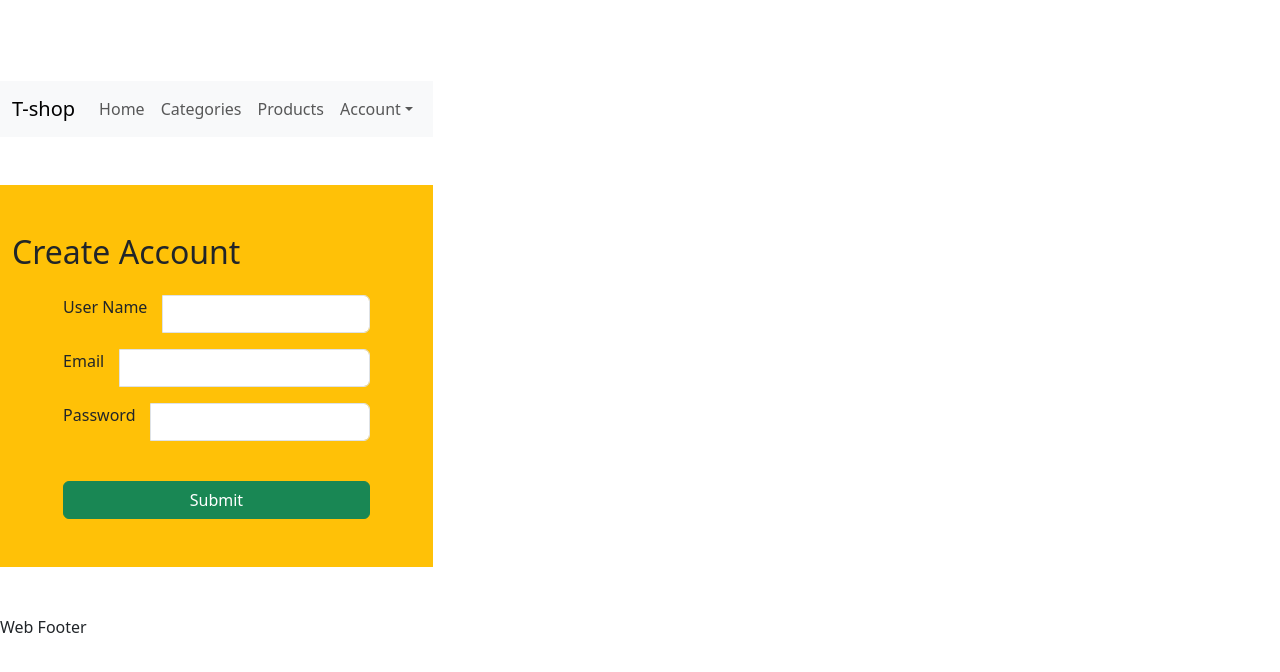
Repository: HadelAbdellatif/ecommerce1
Page: /register
The author's editor kept a copy of each file at every save. The page is drawn from the files as they stood at one save, then again after the next save.
The browser window is 1280 px wide. The pictures show the whole page.
The project was rebuilt for these pictures with package versions that can differ from the ones it lists, and the page was loaded fresh each time. Also part of the build but not shown: vite.config.js, src/components/web/home/Home.jsx, src/components/web/categories/Categories.jsx, src/components/dashboard/navbar/Navbar.jsx, src/components/dashboard/footer/Footer.jsx, src/layouts/DashboardLayout.jsx, src/components/dashboard/home/Home.jsx, src/components/dashboard/categories/Categories.jsx.

Above is the page before, as saved 2023-11-25 15:13:11.

### src/main.jsx
import React from 'react'
import ReactDOM from 'react-dom/client'

import '../node_modules/bootstrap/dist/css/bootstrap.min.css'
import '../node_modules/bootstrap/dist/js/bootstrap.bundle.min.js'

import { ToastContainer } from 'react-toastify';
import 'react-toastify/dist/ReactToastify.css';

import App from './App.jsx'
import './index.css'

ReactDOM.createRoot(document.getElementById("root")).render(
  <App />
);

### src/App.jsx
import React from 'react'
import {router} from './layouts/Routes.jsx'
import axios from 'axios'
import { ToastContainer } from 'react-toastify';
import {createBrowserRouter, RouterProvider, } from "react-router-dom";



export default function App() {
  return (
    <RouterProvider router={router} />
  )
}

### src/layouts/Routes.jsx

import {createBrowserRouter, RouterProvider, } from "react-router-dom";

import Layout from "./Layout.jsx";
import Home from "./../components/web/home/Home.jsx";
import Categories from "./../components/web/categories/Categories.jsx";
import Register from "../components/web/register/Register.jsx";

import DashboardLayout from "../layouts/DashboardLayout.jsx";
import DashboardHome from "../components/dashboard/home/Home.jsx";
import DashboardCategories from "../components/dashboard/categories/Categories.jsx";


export const router = createBrowserRouter([
    {
      path: "/",
      element: <Layout />,
      children:[
        {
          path:'home',
          element: <Home />
        },
        {
          path:'categories',
          element: <Categories />
        },
        {
          path:'register',
          element: <Register />
        },
        {
          path:'*',
          element: <h2 className='fst-italic'>page not found --- web</h2>
        }
      ]
    },
    {
      path:"/dashboard",
      element: <DashboardLayout />,
      children:[
        {
          path:'home',
          element: <DashboardHome />
        },
        {
          path:'categories',
          element: <DashboardCategories />
        },
        {
          path:'*',
          element: <h2 className='fst-italic'>page not found --- dashboard</h2>
        }
      ]
    }

  ]);

### src/layouts/Layout.jsx
import React from 'react'
import Navbar from '../components/web/navbar/Navbar'
import Footer from '../components/web/footer/Footer'
import { Outlet } from 'react-router-dom'

export default function Layout() {
    return (
        <>
            <Navbar />
            <Outlet />
            <Footer />
        </>
    )
}

### src/components/web/register/Register.jsx
import React from 'react'
import Input from '../../shared/Input';
import { useFormik } from 'formik';
import { registerSchema } from '../Validate';

export default function Register() {

    const onSubmit = values => {
        console.log(values);
    }

    const initialValues = {
        userName: '',
        email: '',
        password: '',
    }

    const formik = useFormik({  //like backend
        initialValues
        ,
        onSubmit
        ,
        validationSchema: registerSchema
        /*  validate: values => {
              let errors = {};
              if (!values.userName) {
                  errors.userName = "user name is required";
              }
              if (!values.email) {
                  errors.email = "email is required";
              }
              if (!values.password) {
                  errors.password = "password is required";
              }

              return errors;
          }
          */
    });


    const inputs = [
        {
            id: 'username',
            type: 'text',
            name: 'userName',  //like backend
            title: 'User Name',
            value: formik.values.userName,  //like backend
        },
        {
            id: 'email',
            type: 'email',
            name: 'email', //like backend
            title: 'Email',
            value: formik.values.email, //like backend

        },
        {
            id: 'password',
            type: 'password',
            name: 'password', //like backend
            title: 'Password',
            value: formik.values.password, //like backend
        },
    ];


    const renderInputs = inputs.map((input, index) =>
        <Input
            type={input.type}
            id={input.id}
            name={input.name}
            title={input.title}
            value={input.value}
            onChange={formik.handleChange}
            errors={formik.errors}
            onBlur={formik.handleBlur}
            touched={formik.touched}
            key={index} />
    )


    return (
        <>
            <div className="container bg-warning my-5 py-5">
                <h2>Create Account</h2>
                <div className='d-flex justify-content-center'>
                    <form onSubmit={formik.handleSubmit} className='w-75'>
                        {renderInputs}
                        <button
                            type='submit'
                            disabled={!formik.isValid}
                            className='btn btn-success w-100 mt-4'
                        >
                            Submit
                        </button>
                    </form>
                </div>
            </div>

        </>
    )
}

### src/components/web/navbar/Navbar.jsx
import React from 'react'
import { Link } from 'react-router-dom'

export default function Navbar() {
  return (
    <>
      <nav className="navbar navbar-expand-lg bg-body-tertiary">
        <div className="container">
          <a className="navbar-brand" href="#">T-shop</a>
          <button className="navbar-toggler" type="button" data-bs-toggle="collapse" data-bs-target="#navbarSupportedContent" aria-controls="navbarSupportedContent" aria-expanded="false" aria-label="Toggle navigation">
            <span className="navbar-toggler-icon" />
          </button>
          <div className="collapse navbar-collapse" id="navbarSupportedContent">
            <ul className="navbar-nav m-auto mb-2 mb-lg-0">

              <li className="nav-item">
                <a className="nav-link" href="#">Home</a>
              </li>


              <li className="nav-item">
                <a className="nav-link" href="#">Categories</a>
              </li>


              <li className="nav-item">
                <a className="nav-link" href="#">Products</a>
              </li>


            </ul>
            <ul className="navbar-nav">
              <li className="nav-item dropdown">
                <a className="nav-link dropdown-toggle" href="#" role="button" data-bs-toggle="dropdown" aria-expanded="false">
                  Account
                </a>
                <ul className="dropdown-menu ">
                  <li><Link  to={"/register"} className="dropdown-item" href="#">register</Link></li>
                  <li><hr className="dropdown-divider" /></li>
                  <li><a className="dropdown-item" href="#">login</a></li>
                </ul>
              </li>
            </ul>

          </div>
        </div>
      </nav>

    </>
  )
}

### src/components/web/footer/Footer.jsx
import React from 'react'

export default function Footer() {
  return (
    <div>Web Footer</div>
  )
}

### src/components/shared/Input.jsx
import React from 'react'

export default function Input({ id, title, type = 'text', name, value, onChange, errors, onBlur, touched }) {
    return (
        <>
            <div className="input-group my-3">
                <label htmlFor={id} className='me-3'>{title}</label>
                <input type={type} name={name} className="form-control" id={id} value={value} onChange={onChange} onBlur={onBlur}/>
                {touched[name] && errors[name] && <p className='text text-danger'>{errors[name]}</p>}
            </div>
        </>
    )
}

### src/components/web/Validate.js
import * as yup from 'yup';

export const registerSchema = yup.object({
    userName: yup.string().required("username is required").min(3, "must be at least 3 char").max(30, "max is 30 char"),
    email: yup.string().required("email is required").email(),
    password: yup.string().required("password is required").min(3, "must be at least 3 char").max(30, "max is 30 char"),

})

Loaded but not shown: index.html (common file); src/index.css (common file)

After the next save:
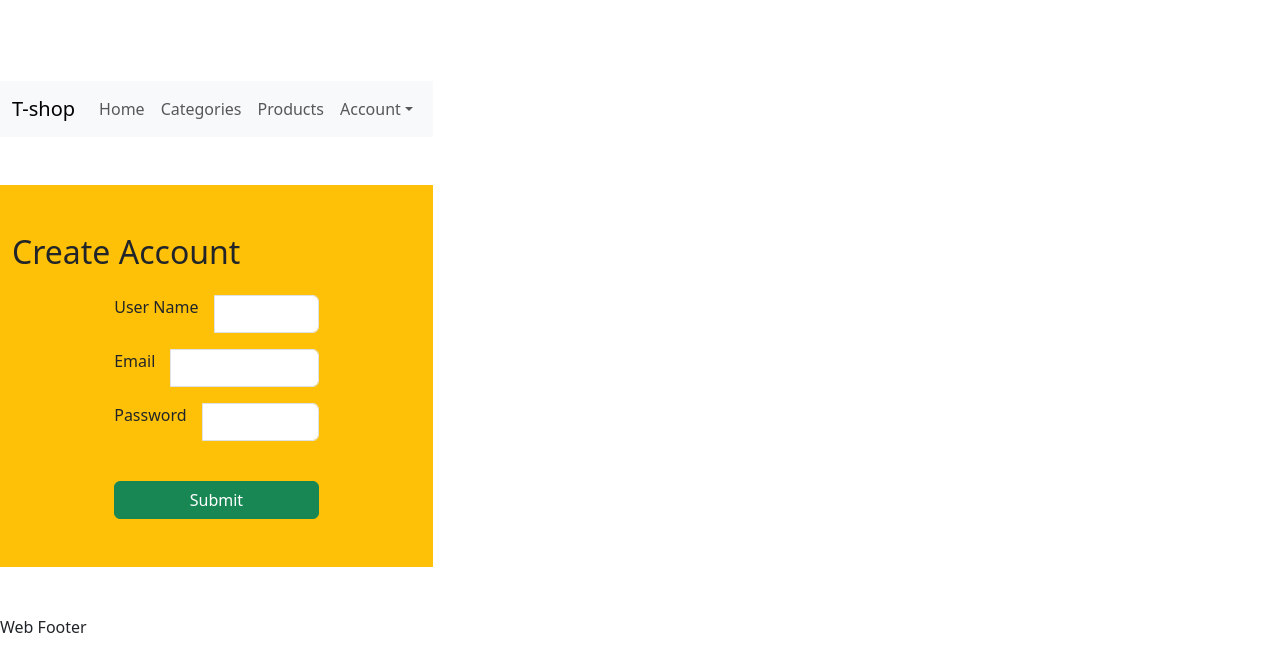
Saved 19 s later.
--- a/src/components/web/register/Register.jsx
+++ b/src/components/web/register/Register.jsx
@@ -85,7 +85,7 @@ export default function Register() {
             <div className="container bg-warning my-5 py-5">
                 <h2>Create Account</h2>
                 <div className='d-flex justify-content-center'>
-                    <form onSubmit={formik.handleSubmit} className='w-75'>
+                    <form onSubmit={formik.handleSubmit} className='w-50'>
                         {renderInputs}
                         <button
                             type='submit'
